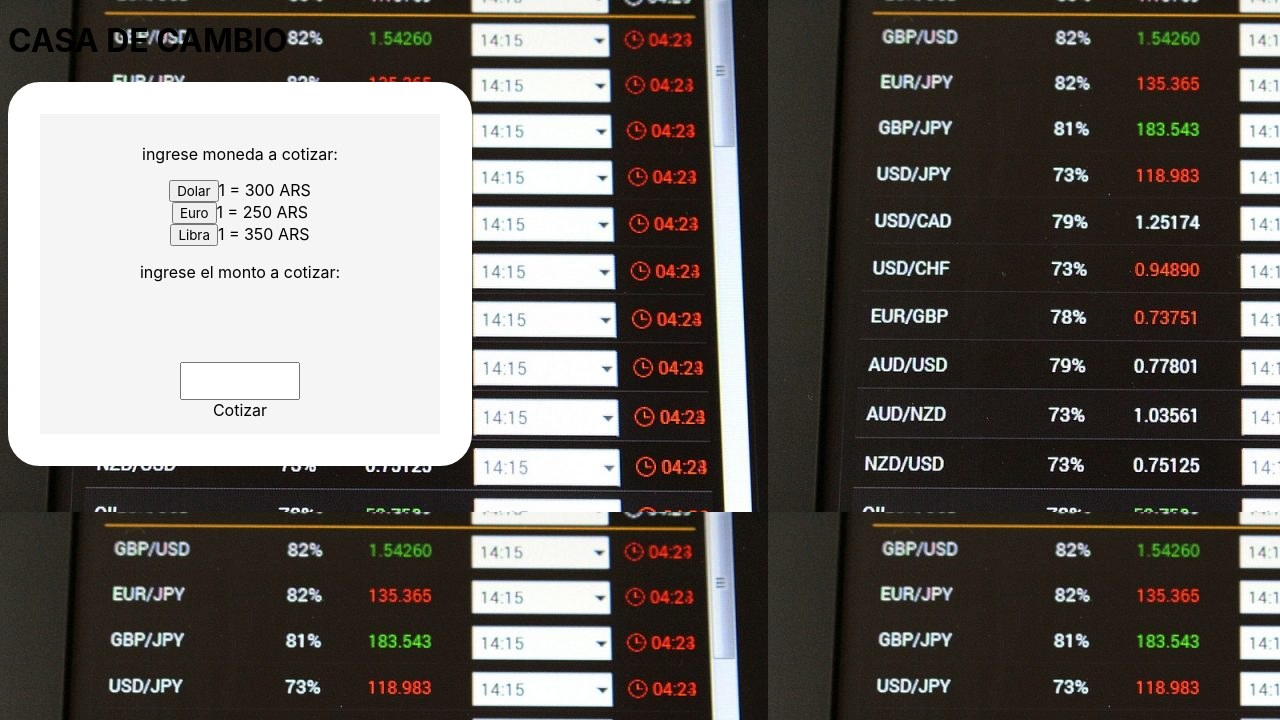
Repository: AgusL01/Bootstrap-Agustin-lago-
Page: Desktop/clases coder/proyecto-final-agustin-lago-main/index.html
These files come from the project's save history. The page is drawn as it stood at one moment and after the next save; the edit follows.
The browser window is 1280 px wide. The pictures show the whole page.

Above is the page before, as saved 2022-08-25 15:00:08.
Console error: ReferenceError: getElemenById is not defined

After the next save:
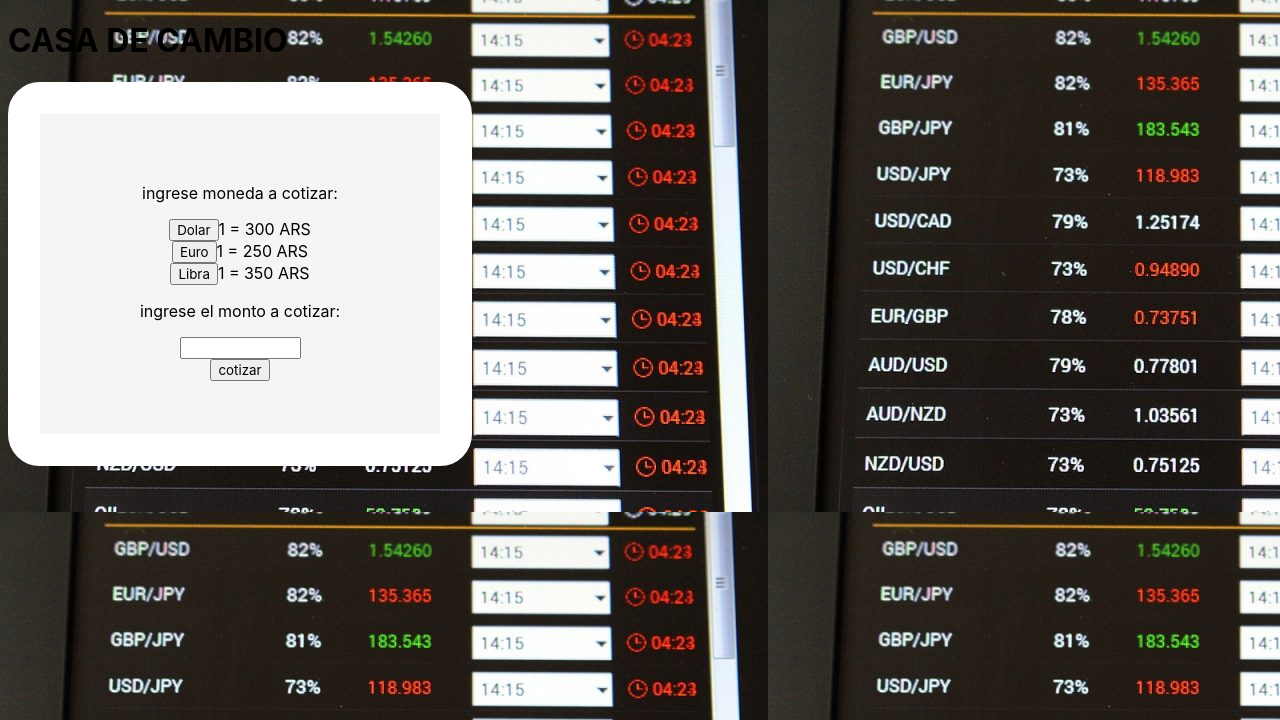
Saved 4 min 57 s later.
--- a/Desktop/clases coder/proyecto-final-agustin-lago-main/index.html
+++ b/Desktop/clases coder/proyecto-final-agustin-lago-main/index.html
@@ -15,8 +15,8 @@
             <div><button id="euro">Euro</button>1 = 250 ARS</div>
             <div><button id="libra">Libra</button>1 = 350 ARS</div>
             <p>ingrese el monto a cotizar:</p>
-            <input type="number"
-            <button class="cotizar">Cotizar</button>
+            <input type="number" id="montoCotizar" min="1"m max="1000000">
+        <input type="button" id="montoCotizado" value="cotizar" onclick="">
     </form>
     <script src="./js/main.js"></script>
 </body>
